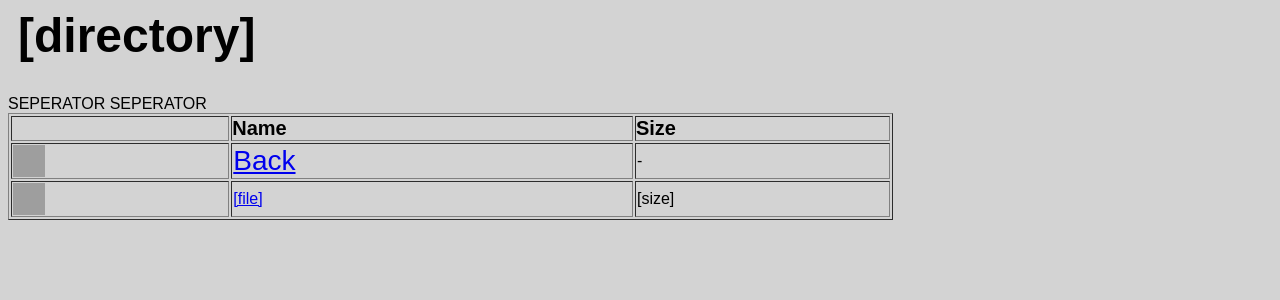
Repository: sharhar/JavaWebserver
Page: Server/res/nav.html
The author's editor kept a copy of each file at every save. The page is drawn from the files as they stood at one save, then again after the next save.
The browser window is 1280 px wide. The pictures show the whole page.
Pictures or frames that could not be fetched are drawn as grey boxes.

Above is the page before, as saved 2016-05-15 21:12:34.

After the next save:
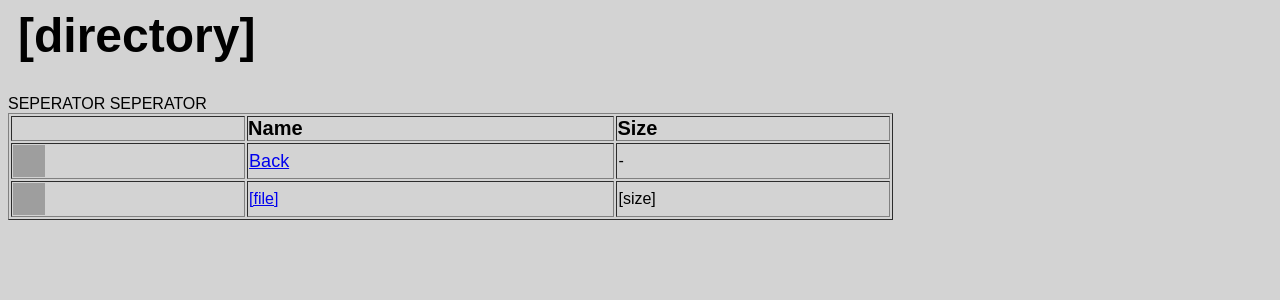
Saved 10 s later.
--- a/Server/res/nav.html
+++ b/Server/res/nav.html
@@ -22,7 +22,7 @@
 			}
 
 			.back {
-				font-size: 28px;
+				font-size: 18px;
 			}
 		</style>
 	</head>
